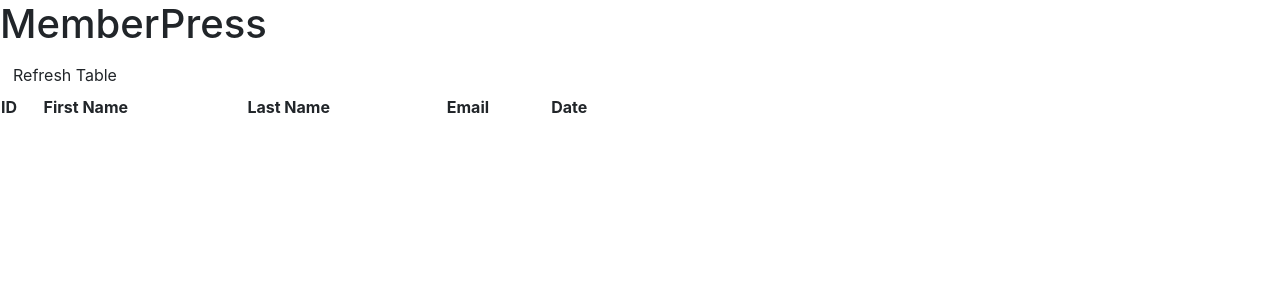
Repository: joeldelatte/JoelDelattemMemberPressChallenge
Page: index.html
An editor plug-in stored every save of this project. The page is shown before and after the next save, followed by the edit.
The browser window is 1280 px wide. The pictures show the whole page.

Above is the page before, as saved 2020-06-20 15:05:32.

After the next save:
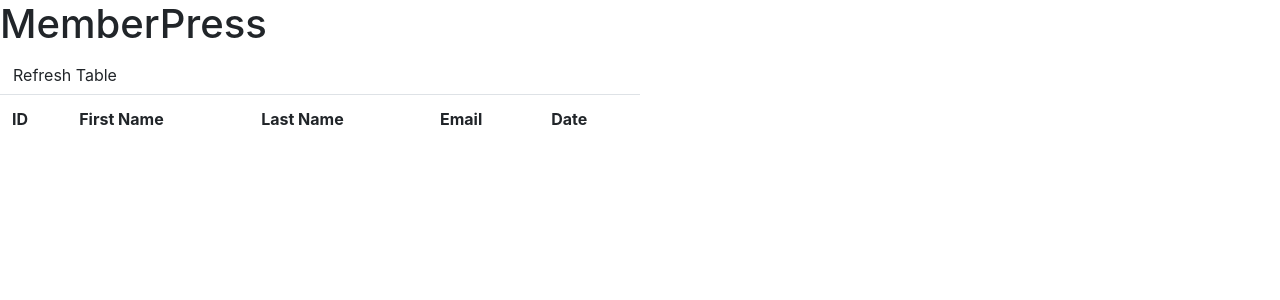
Saved 2 min 25 s later.
--- a/index.html
+++ b/index.html
@@ -13,7 +13,7 @@
 
     <h1>MemberPress</h1>
     <button class="btn" type="button">Refresh Table</button>
-    <table style="width: 50%">
+    <table class="table" style="width: 50%">
         <tr>
             <th>ID</th>
             <th>First Name</th>
